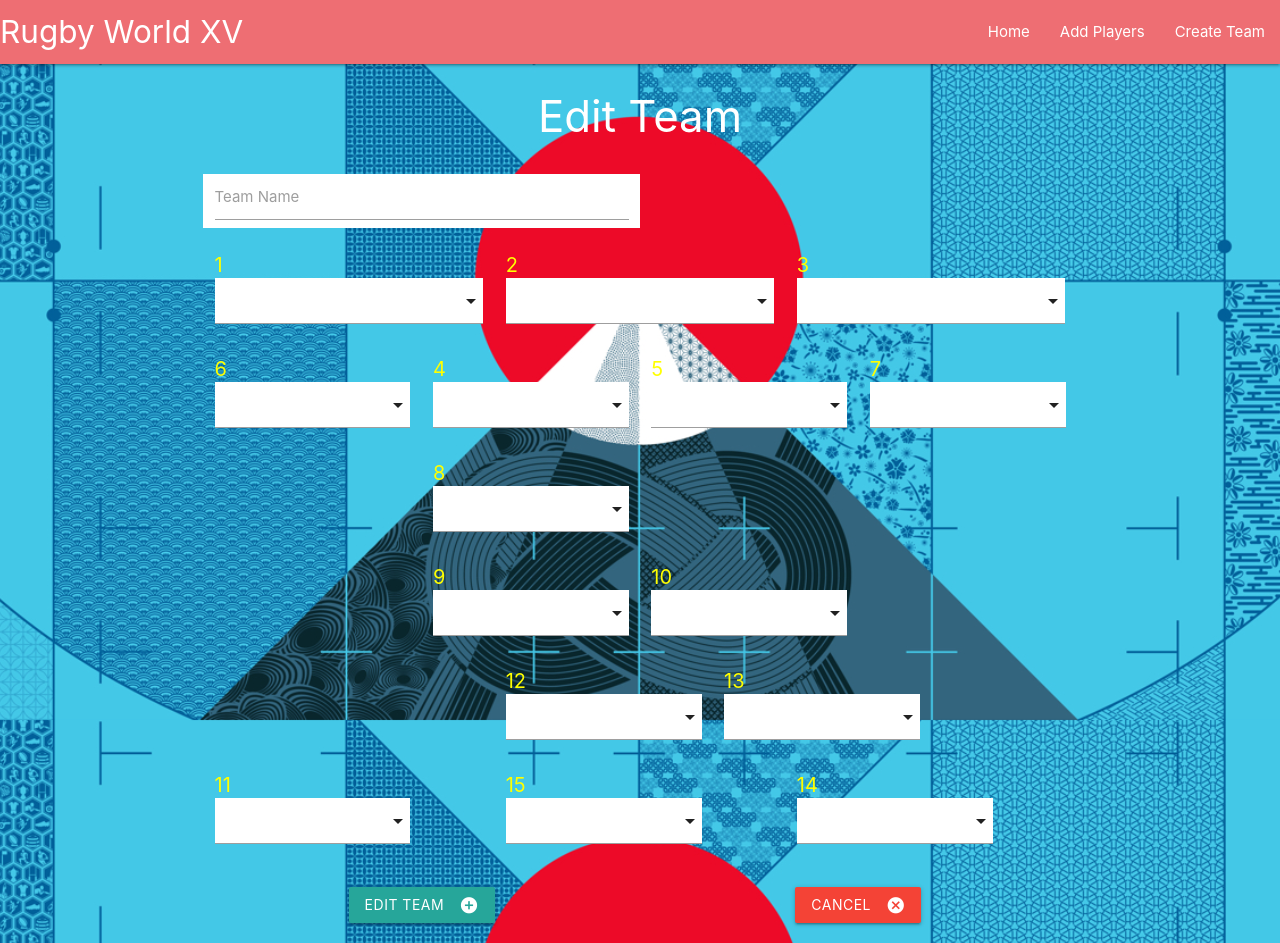
Repository: StephenWhittington/rugby-world-xv
Page: templates/editteam.html
The author's editor kept a record of every edit. The page is drawn from the files as they stood at one moment, then again after the next edit.
The browser window is 1280 px wide. The pictures show the whole page.
Backgrounds fixed to the window are drawn as part of the page. The page is served by the project's application, run on Flask 3 (app.py). The template is opened directly, without the code that normally fills it, so the values that code supplies are empty.

Above is the page before.

After the next edit:
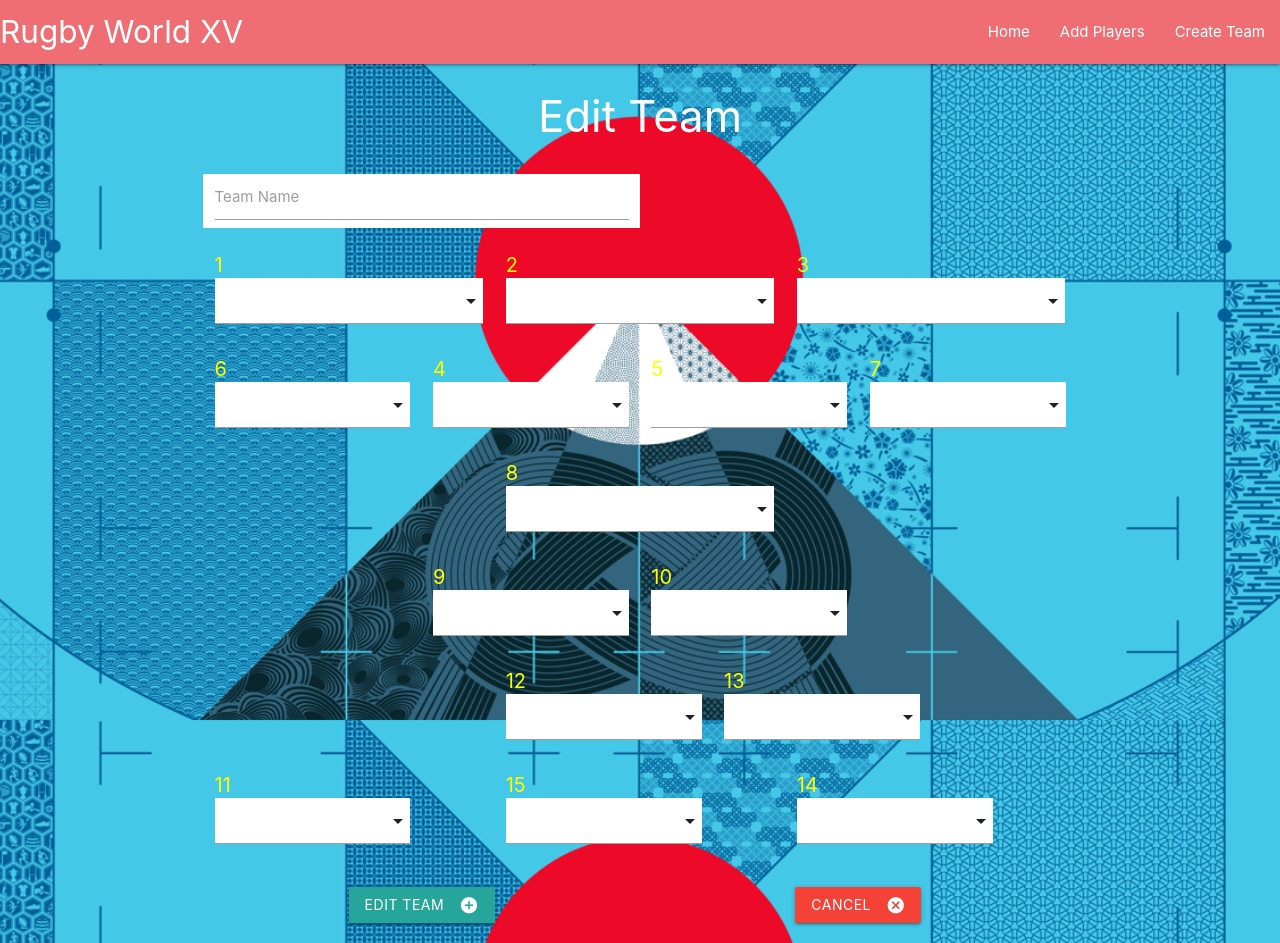
The edit:
--- a/templates/editteam.html
+++ b/templates/editteam.html
@@ -90,7 +90,7 @@
             </div>
         </div>
         <div class="row">
-            <div class="input-field col s12 col m3 offset-m3">
+            <div class="input-field col s12 col m4 offset-m4">
                 <select id="number_eight" name="number_eight">
                     <option value="{{team.number_eight}}">{{team.number_eight}}</option>
                     {% for plyr in eighth_players_collection %}
